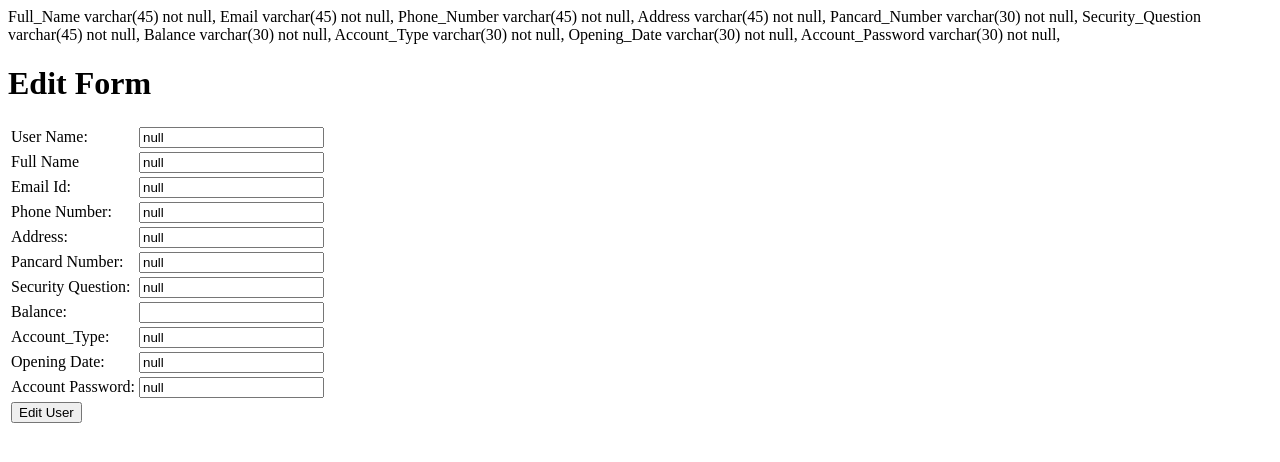
Repository: rukmini10/DXC
Page: http://localhost/Account/editform.jsp
An editor plug-in stored every save of this project. The page is shown before and after the next save, followed by the edit.
The browser window is 1280 px wide. The pictures show the whole page.
The page is served by Tomcat 9.

Above is the page before, as saved 2022-05-05 18:37:55.

After the next save:
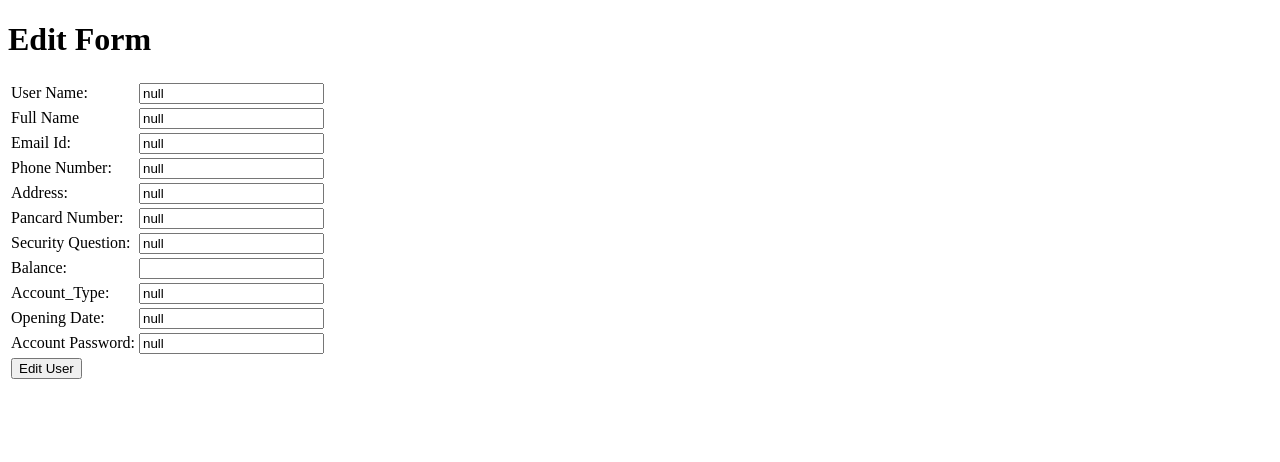
Saved 14 min 57 s later.
--- a/DXC_MAVEN/Account/src/main/webapp/editform.jsp
+++ b/DXC_MAVEN/Account/src/main/webapp/editform.jsp
@@ -12,16 +12,6 @@
 
     %>
 
-Full_Name varchar(45) not null,
-Email varchar(45) not null,
-Phone_Number varchar(45) not null,
-Address varchar(45) not null,
-Pancard_Number varchar(30) not null,
-Security_Question varchar(45) not null,
-Balance varchar(30) not null,
-Account_Type varchar(30) not null,
-Opening_Date varchar(30) not null,
-Account_Password varchar(30) not null,
     <h1>Edit Form</h1>
     <form action="updateMember.jsp" method="post">
     <input type="hidden" name="id" value="<%=member.getEmail() %>"/>
